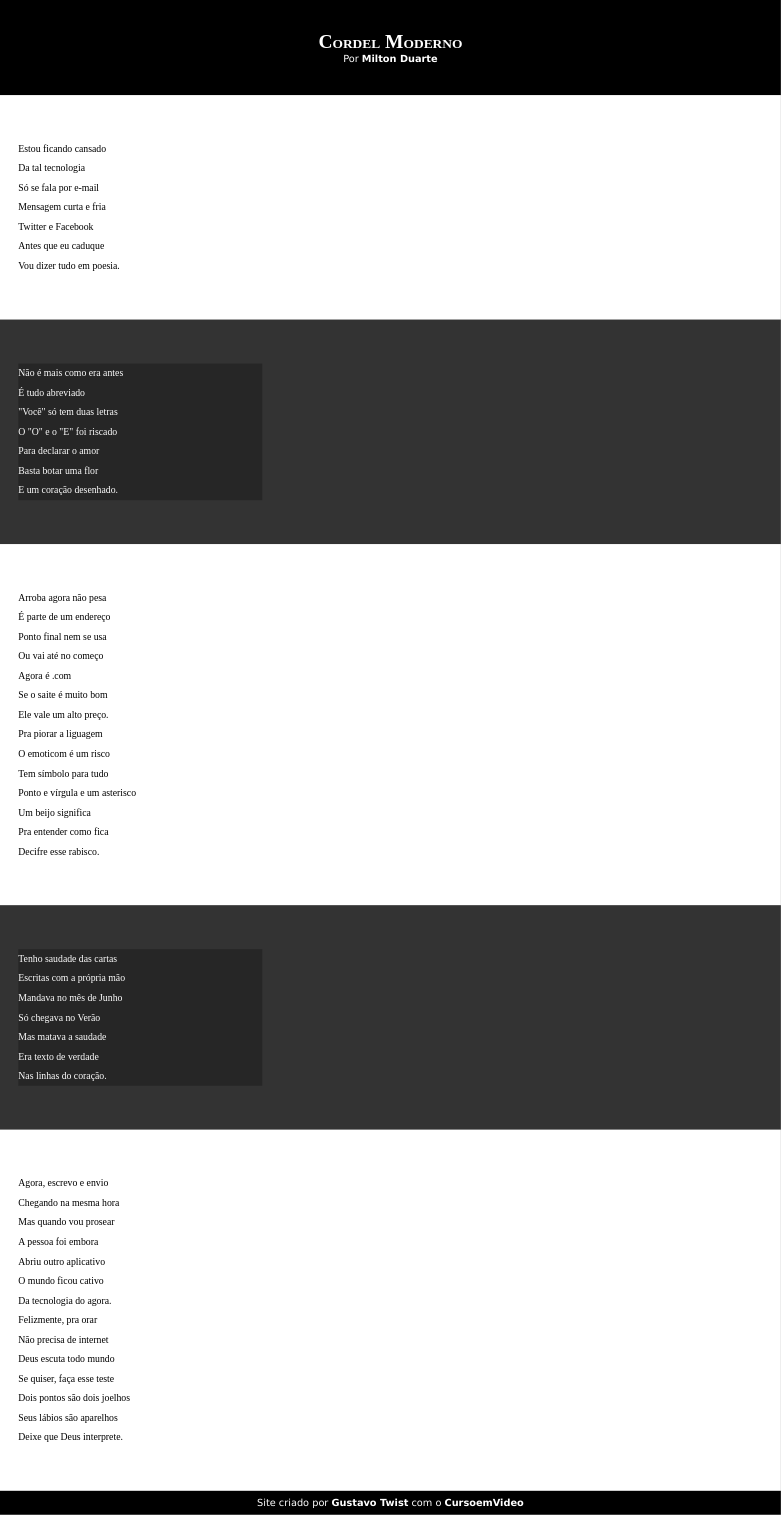
Repository: gustavotwist/projeto-cordel
Page: index.html
These files come from the project's save history. The page is drawn as it stood at one moment and after the next save; the edit follows.
The browser window is 1280 px wide. The pictures show the whole page, at 61% of full size.
Some web fonts or font styles are not loaded; a fallback is used.

Above is the page before, as saved 2024-04-23 21:51:37.

### index.html
<!DOCTYPE html>
<html lang="pt-br">
<head>
    <meta charset="UTF-8">
    <meta name="viewport" content="width=device-width, initial-scale=1.0">
    <title>Cordel Moderno</title>
    <link rel="stylesheet" href="estilo/style.css">
</head>
<body>
    <header>
        <h1>
            Cordel Moderno
        </h1>
        <p>
            Por <a href="https://www.recantodasletras.com.br/poesias/3186743" target="_blank">Milton Duarte</a>
        </p>
    </header>

    <section class="normal">
        <p>
            Estou ficando cansado <br>
            Da tal tecnologia <br>
            Só se fala por e-mail <br>
            Mensagem curta e fria <br>
            Twitter e Facebook <br>
            Antes que eu caduque <br>
            Vou dizer tudo em poesia.
        </p>
    </section>

    <section class="imagem">
        <p>
            Não é mais como era antes <br>
            É tudo abreviado <br>
            "Você" só tem duas letras <br>
            O "O" e o "E" foi riscado <br>
            Para declarar o amor <br>
            Basta botar uma flor <br>
            E um coração desenhado.
        </p>
    </section>

    <section class="normal">
        <p>
            Arroba agora não pesa <br>
            É parte de um endereço <br>
            Ponto final nem se usa <br>
            Ou vai até no começo <br>
            Agora é .com <br>
            Se o saite é muito bom <br>
            Ele vale um alto preço. <br>
        </p>

        <p>
            Pra piorar a liguagem <br>
            O emoticom é um risco <br>
            Tem símbolo para tudo <br>
            Ponto e vírgula e um asterisco <br>
            Um beijo significa <br>
            Pra entender como fica <br>
            Decifre esse rabisco.
        </p>
    </section>

    <section class="imagem">
        <p>
            Tenho saudade das cartas <br>
            Escritas com a própria mão <br>
            Mandava no mês de Junho <br>
            Só chegava no Verão <br>
            Mas matava a saudade <br>
            Era texto de verdade <br>
            Nas linhas do coração.
        </p>
    </section>

    <section class="normal">
        <p>
            Agora, escrevo e envio <br>
            Chegando na mesma hora <br>
            Mas quando vou prosear <br>
            A pessoa foi embora <br>
            Abriu outro aplicativo <br>
            O mundo ficou cativo <br>
            Da tecnologia do agora.
        </p>


        <p>
            Felizmente, pra orar <br>
            Não precisa de internet <br>
            Deus escuta todo mundo <br>
            Se quiser, faça esse teste <br>
            Dois pontos são dois joelhos <br>
            Seus lábios são aparelhos <br>
            Deixe que Deus interprete.
        </p>
    </section>

    <footer>
        <p>Site criado por <a href="https://github.com/gustavotwist" target="_blank">Gustavo Twist</a> com o <a href="https://www.cursoemvideo.com" target="_blank">CursoemVideo</a></p>
    </footer>
</body>
</html>

### estilo/style.css
@charset "UTF-8";

@import url('https://fonts.googleapis.com/css2?family=Passion+One:wght@400;700;900&display=swap');

@import url('https://fonts.googleapis.com/css2?family=Sriracha&display=swap');


:root {
    --fonte1: Verdana, Geneva, Tahoma, sans-serif;
    --fonte2: 'Passion One', cursive;
    --fonte3: 'Sriracha', cursive;
}

* {
    margin: 0px;
    padding: 0px;
}

html, body {
    min-height: 100vh;
    background-color: darkgray;
    font-family: var(--fonte1);
}

header {
    background-color: black;
    color: white;
    text-align: center;
}

header > h1 {
    padding-top: 50px;
    font-variant: small-caps;
    font-family: var(--fonte2);
    font-size: ;
}

header > p {
    padding-bottom: 50px;
}

header a, footer a {
    color: white;
    text-decoration: none;
    font-weight: bolder;
}

header a:hover, footer a:hover {
    text-decoration: underline;
}

section {
    padding-top: 10vh;
    padding-bottom: 10vh;
    line-height: 2em;
    padding-left: 30px;
    font-family: var(--fonte3);
}

section.normal {
    background-color: white;
    color: black;
}

section.imagem {
    background-color: rgb(51, 51, 51);
    color: white;
}

section.imagem > p {
    width: 400px;
    background-color: rgb(0, 0, 0, 0.253);

}

footer {
    background-color: black;
    color: white;
    text-align: center;
    padding: 10px;
}

After the next save:
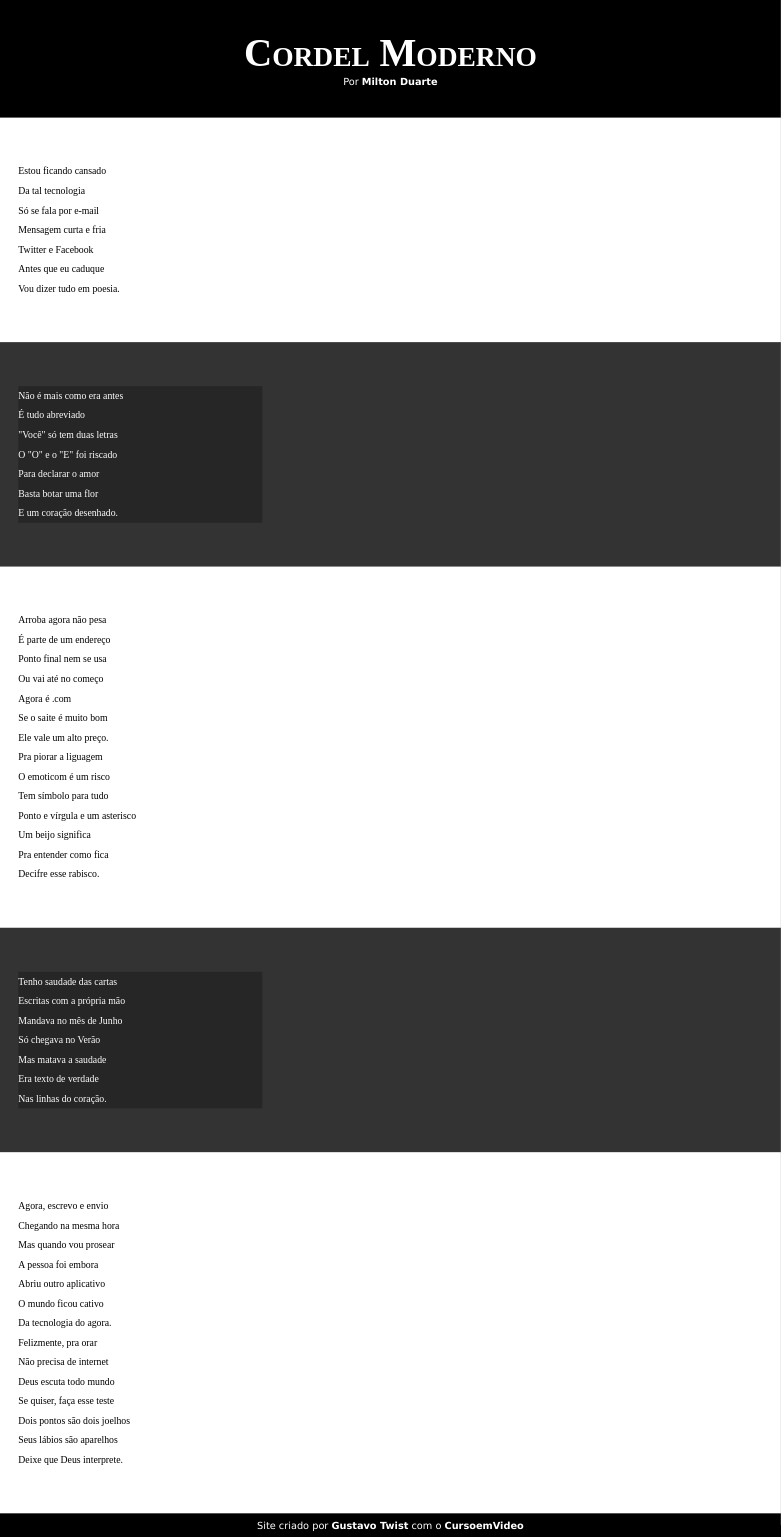
Saved 5 s later.
--- a/estilo/style.css
+++ b/estilo/style.css
@@ -32,7 +32,7 @@ header > h1 {
     padding-top: 50px;
     font-variant: small-caps;
     font-family: var(--fonte2);
-    font-size: ;
+    font-size: 4em;
 }
 
 header > p {
